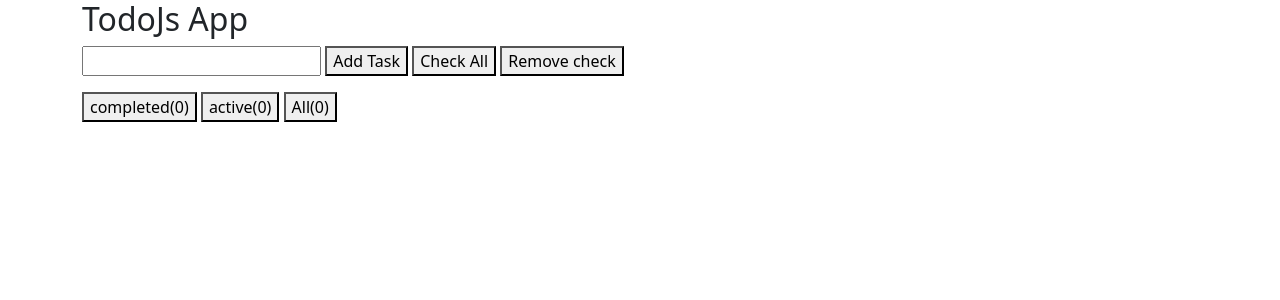
Repository: VladimirKasyanov/Todo
Page: index.html
The author's editor kept a copy of each file at every save. The page is drawn from the files as they stood at one save, then again after the next save.
The browser window is 1280 px wide. The pictures show the whole page.

Above is the page before, as saved 2024-05-31 14:04:23.

### index.html
<!DOCTYPE html>
<html lang="en">
  <head>
    <meta charset="utf-8" />
    <meta name="viewport" content="width=device-width, initial-scale=1" />
   <link rel="stylesheet" href="styles.css">
    <link
      href="https://cdn.jsdelivr.net/npm/bootstrap@5.3.3/dist/css/bootstrap.min.css"
      rel="stylesheet"
      integrity="sha384-QWTKZyjpPEjISv5WaRU9OFeRpok6YctnYmDr5pNlyT2bRjXh0JMhjY6hW+ALEwIH"
      crossorigin="anonymous"
    />
    <title>TodoJs App</title>
  </head>
  <body>
    <div class="container">
      <h2>TodoJs App</h2>
      <form>
        <input type="text" class="input__box" />
        <button type="button" class="add">Add Task</button>
        <button type="button" onclick="checkAll()" class="check-all">
          Check All
        </button>
        <button type="button" onclick="removeCheck()" class="remove-check">
          Remove check
        </button>
      </form>
      <div class="todo__li">
        <ul class="list"></ul>
        <div class="all-button" type="button" >
          <button type="button" id="completed" text="completed" >completed(0)</button>
          <button type="button" id="active" text="active" >active(0)</button>
          <button type="button" id="all" type="focus" text=all >All(0)</button>
        <div>
      </div>
    </div>
    <script
      src="https://cdn.jsdelivr.net/npm/bootstrap@5.3.3/dist/js/bootstrap.bundle.min.js"
      integrity="sha384-YvpcrYf0tY3lHB60NNkmXc5s9fDVZLESaAA55NDzOxhy9GkcIdslK1eN7N6jIeHz"
      crossorigin="anonymous"
    ></script>
    <script src="todo.js"></script>
  </body>
</html>

### styles.css
.completed {
display:
}
.inc {
    display:
}
.all{
    display:
}

### todo.js
const form = document.querySelector("form");
const inputBox = document.querySelector(".input__box");
const addButton = document.querySelector(".add");
const list = document.querySelector(".list");
const label = document.querySelector(".span");
const newInput = document.querySelector(".new-input");
const totalCounter = document.getElementById("all");
const completedCounter = document.getElementById("completed");
const incompleteCounter = document.getElementById("active");
const allButton = document.querySelector(".all-button")

const keyEnter = "Enter"
const keyEscape = "Escape"


let todoList = [];
let condition = "all"
// let completedCount = 0;
// let incompleteCount = 0;

const task = (event) => {
  event.preventDefault();
  const inputText = inputBox.value.trim()
  if (inputText === "" || inputText === null) return;
  let newTodo = {
    description: inputBox.value,
    checked: false,
    id: Date.now(),
  };

  todoList.push(newTodo);
  console.log(todoList);
  displayList(todoList);
  inputBox.value = "";

};



const displayList = () => {

  list.innerHTML = "";
  todoList.forEach((item) => {
    list.innerHTML += `
<li id ='${item.id}'>
<input class = 'check' type='checkBox' id='${item.id}' ${
      item.checked ? "checked" : ""
    }>
<span class='some-text'>${item.description}</span>
  <input class='new-input' type= 'text' value='${item.description.replace(/\s+/g, '')}' hidden></input>
<button type='delete' class='del' id='${item.id}' >x</button>
</li>

`;
// completedTab();

});
completedTab();
updateCounters();
// document.getElementById("total-counter").textContent.todoList.length
};

// const counter = () => {
//     console.log(todoList.length)

//   displayList(todoList)
// }

const toggleTodo = (event) => {
  // todoList[index].checked = !todoList[index].checked;
  if(event.target.type == 'checkbox') {
    const todoId = event.target.id;
    todoList.forEach((item) => {
      if (item.id === Number(todoId)) {
        item.checked = !item.checked;
      }
    })
  }
   updateCounters();
  // displayList(todoList);
  completedTab();
};




const checkAll = () => {
  todoList.forEach((todo) => {
    todo.checked = !todo.checked;
  });
  displayList();
};


// const filterTodo = () => {
//   switch (condition) {
//     case 'active':
//     return todoList.filter((todo) => !todo.isChecked);
// }
// }

const updateCounters = () => {
  const completedCount = todoList.filter((item) => item.checked).length;
  const incompleteCount = todoList.length - completedCount;

  completedCounter.innerText = completedCount;
  incompleteCounter.innerText = incompleteCount;
  totalCounter.innerText = todoList.length;


}

const completedTab = () => {

  switch(condition) {
    case 'active':
      return todoList.filter((item) => !item.checked);

    case 'complete':
      return todoList.filter((item) => item.checked);

    default:
      return todoList

    };

};



const removeCheck = () => {
  todoList = todoList.filter((todo) => !todo.checked);
  displayList(todoList);
};

function removeOnce(event) {
  const todoId = Number(event.target.parentElement.id);
  if (event.target.classList.contains("del")) {
    todoList = todoList.filter((todo) => todo.id !== todoId);
    displayList(todoList);
  }
}


const editNew = (elementId) => {
  const theElement = document.getElementById(elementId)
  const newText = theElement.children[2].value;
    if (newText === "" || newText === null) return
  // let todoText = event.target.parentNode.children[2].value;

  // console.log(todoList)

  todoList.forEach((item) => {
    if (item.id === Number(elementId)) {
        item.description = newText.trim()
    }

  })
  displayList(todoList);

  //  if (event.sourceCapabilities !== null) {
  //   if (todoText.trim() === '') {
  //   }
  //   displayList(todoList);
  // }
}

const addButtonEnter = (event) => {
    if (event.key === keyEnter) {
       task(event);
  }
};

const changeDescription = (event) => {
  if (event.target.classList.contains("some-text")) {
    const {children} = event.target.parentNode
    children[1].hidden = true
    children[2].hidden = false
    children[2].focus()
  }
};

const changeDescriptionFinish = (event) => {
    if (event.target.classList.contains("new-input")) {
      // console.log(event)

      if (event.key === keyEnter){
        const todoId = Number(event.target.parentElement.id);
        console.log(todoId)
        // todoList.forEach((todo) => todo.id !== todoId);
        editNew(todoId);


      }
      if (event.key === keyEscape) {
        displayList(todoList)
      }
    }
  }


  // list.addEventListener("blur",changeDescriptionFinish)
  list.addEventListener("dblclick", changeDescription);
  list.addEventListener("click", removeOnce);
  list.addEventListener("click", toggleTodo);
  addButton.addEventListener("click", task);
  // console.log(typeof(li))
  list.addEventListener('keyup', changeDescriptionFinish);
  inputBox.addEventListener('keydown', addButtonEnter);
  list.addEventListener('click', completedTab);
  allButton.addEventListener('click',completedTab);
  // list.addEventListener('click', refillCounter)


// const changeDescription = (event) => {
//   const todoId = event.target.parentElement.id;
//   const todo = todoList.find((todo) => todo.id == todoId);

//   if (event.target.classList.contains("label")) {
//     const input = document.createElement("input");
//     input.type = "text";
//     input.value = todo.description;

//     input.addEventListener("blur", () => {
//       todo.description = input.value;
//       displayList(todoList);
//     });

//     event.target.replaceWith(input);
//     input.focus();
//   }
// };
// let itemId = event.target.id
// let index = todoList.findIndex((element) => element.id === itemId);
// delOnce.addEventListener("click", delOnce)
// for.forEach
// const removeOnce = (event) => {
//     delOnce.addEventListener("click", removeOnce);
//         let delOnce = todoList.findIndex((element) => element.id === event.target.id);
//             if (index !== -1) {
//                 todoList.splice(index, 1);

//             };
//             displayList(todoList);
//         };





          // todoList = todoList.filter((todo) => );
    // todoList.removeChild("li");
// checkAllButton.addEventListener("click", checkAll);
// removeComplete.addEventListener("click", removeAll);
// replace(/\s+/g, '') // space delete

// const changeDescriptionFinish = (event) => {
//   if (event.target.classList.contains("new-input")) {
//     const updatedDescription = event.target.value;
//     const todoId = Number(event.target.parentNode.id);
//     const todoIndex = todoList.findIndex((todo) => todo.id === todoId);

//     if (event.key === 'Enter') {
//       todoList[todoIndex].description = updatedDescription;
//       displayList(todoList);
//     } else if (event.key === 'Escape') {
//       event.target.value = todoList[todoIndex].description;
//     }
//   }
// };
// inputBox.addEventListener("keydown", (event) => {
//   if (event.key === "Enter") {
//     task(event);
//   }
// });

// const displayList = () => {
//   list.innerHTML = "";

//   todoList.forEach((item) => {
//     list.innerHTML += `
//       <li id='${item.id}'>
//         <input class='check' type='checkbox' id='${item.id}' ${
//       item.checked ? "checked" : ""
//     }>
//         <span class='some-text'>${item.description}</span>
//         <input class='new-input' type='text' hidden></input>
//         <button type='delete' class='del' id='${item.id}'>x</button>
//       </li>
//     `;

//     if (item.checked) {
//       completedCount++;
//     } else {
//       incompleteCount++;
//     }
//   });
//   document.getElementById("completed-counter").textContent = completedCount;
//   document.getElementById("incomplete-counter").textContent = incompleteCount;
//   document.getElementById("total-counter").textContent = todoList.length;
// };

// function editTask(event) {
//   if (event.target.classList.contains("some-text")) {
//     const { children } = event.target.parentNode;
//     children[1].hidden = true;
//     const editInput = children[2];
//     editInput.value = event.target.textContent;
//     editInput.hidden = false;
//     editInput.focus();
//   }
// }

// function finishEdit(event) {
//   if (event.target.classList.contains("new-input")) {
//     const todoId = Number(event.target.parentElement.id);
//     const editedTask = event.target.value.trim();
//     if (event.key === keyEnter && editedTask !== "") {
//       todoList = todoList.map((todo) =>
//         todo.id === todoId ? { ...todo, description: editedTask } : todo
//       );
//       displayList();
//     }
//     if (event.key === keyEscape) {
//       displayList();
//     }
//   }
// }


// const updateCounter =  () =>  {
//   // const counter = todoList.filter((item) => !item.check).length

//   // const unCount = todoList.filter((item) =>)
//   const completedCount = document.getElementById("completed-counter");
//   const incompleteCount = document.getElementById("incomplete-counter");
//   // const allButton = document.getElementById("total-counter")
//   incompleteCount.textContent = incompleteCount
//   // allButton = document.getElementById("total-counter")
//   allButton.textContent = ` (${todoList.length}) `
//   // (${todoList.length});
// displayList(todoList);
// };

After the next save:
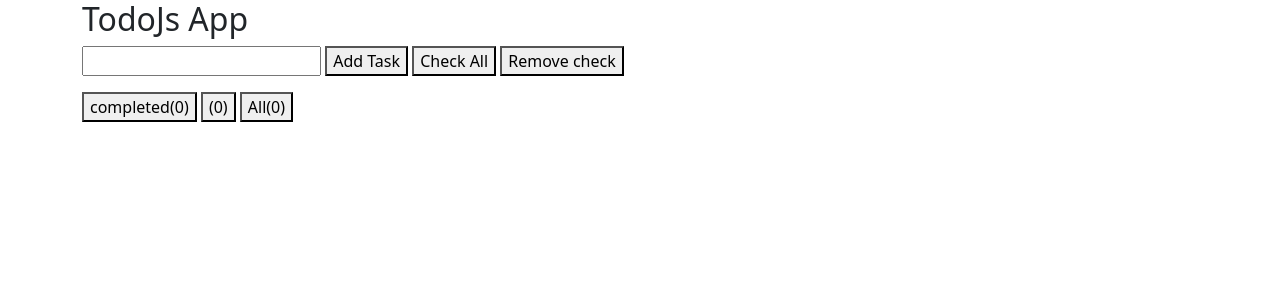
Saved 33 s later.
--- a/index.html
+++ b/index.html
@@ -29,7 +29,7 @@
         <ul class="list"></ul>
         <div class="all-button" type="button" >
           <button type="button" id="completed" text="completed" >completed(0)</button>
-          <button type="button" id="active" text="active" >active(0)</button>
+          <button type="button" id="active" text="active" >(0)</button>
           <button type="button" id="all" type="focus" text=all >All(0)</button>
         <div>
       </div>
